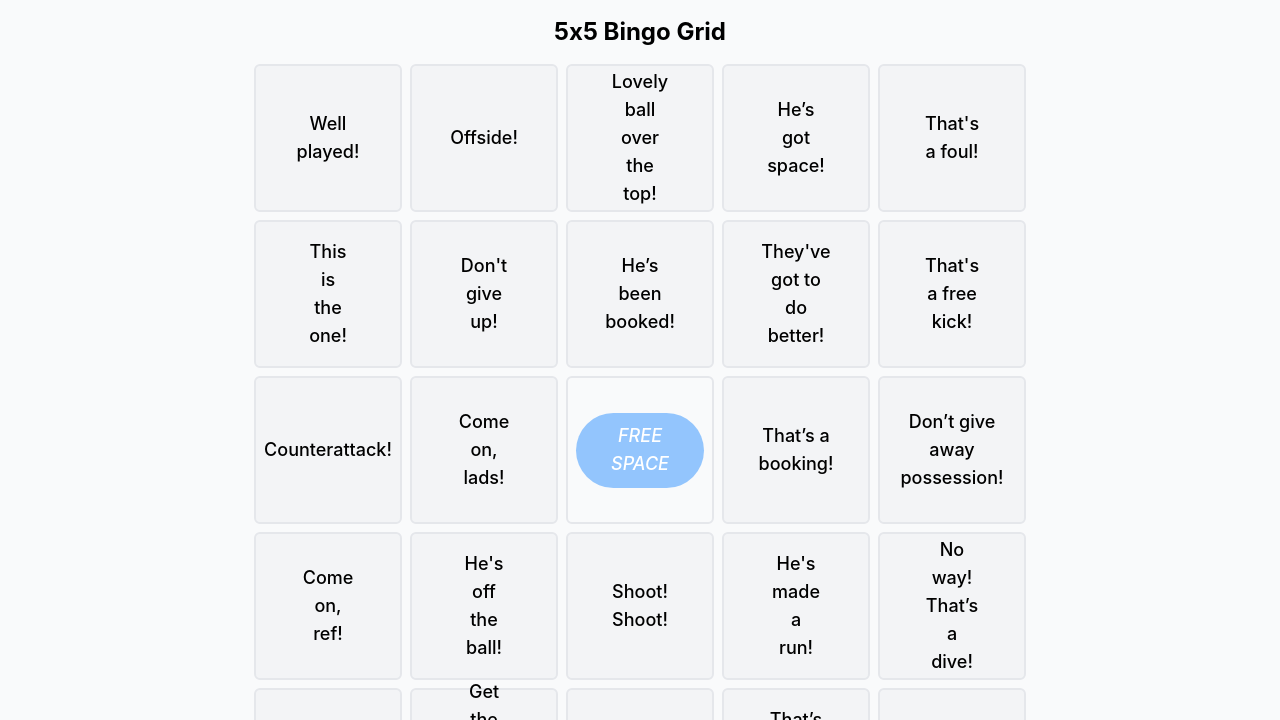
Repository: yassirbn/football-bingo
Page: /
The author's editor kept a copy of each file at every save. The page is drawn from the files as they stood at one save, then again after the next save.
The browser window is 1280 px wide. The pictures show the whole page.
The project was rebuilt for these pictures with package versions that can differ from the ones it lists, and the page was loaded fresh each time.

Above is the page before, as saved 2024-11-26 18:34:10.

After the next save:
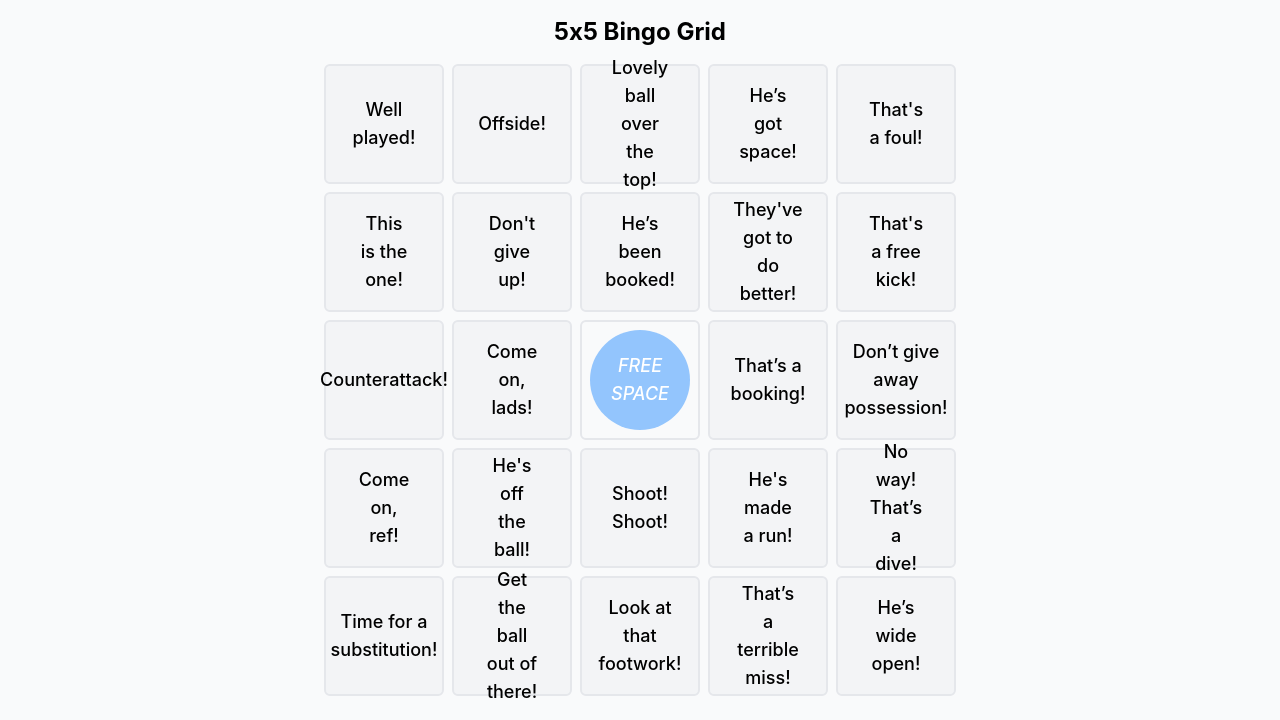
Saved 12 s later.
--- a/src/component/BingoGrid/BingoGrid.js
+++ b/src/component/BingoGrid/BingoGrid.js
@@ -113,13 +113,12 @@ const BingoGrid = ({ words }) => {
                 selectedCells[index]
                   ? "bg-blue-300 text-white" // Selected cells get a blue background
                   : "bg-transparent"
-              } rounded-full flex items-center justify-center
-              ${word === "FREE SPACE" ? "font-bold italic" : ""}
-              py-3 px-6 sm:py-4 sm:px-8 md:py-6 md:px-12 lg:py-8 lg:px-16`}
+              } rounded-full flex items-center justify-center py-3 px-6
+              ${word === "FREE SPACE" ? "font-bold italic" : ""}`}
               style={{
-                width: "75px", // Adjusted for mobile/tablet responsiveness
-                height: "75px", // Adjusted for mobile/tablet responsiveness
-                minWidth: "75px", // Ensures the circle doesn't shrink smaller than this
+                width: "100px", // Fixed width for the circle
+                height: "100px", // Fixed height for the circle
+                minWidth: "100px", // Ensures the circle doesn't shrink smaller than this
               }}
             >
               <span
